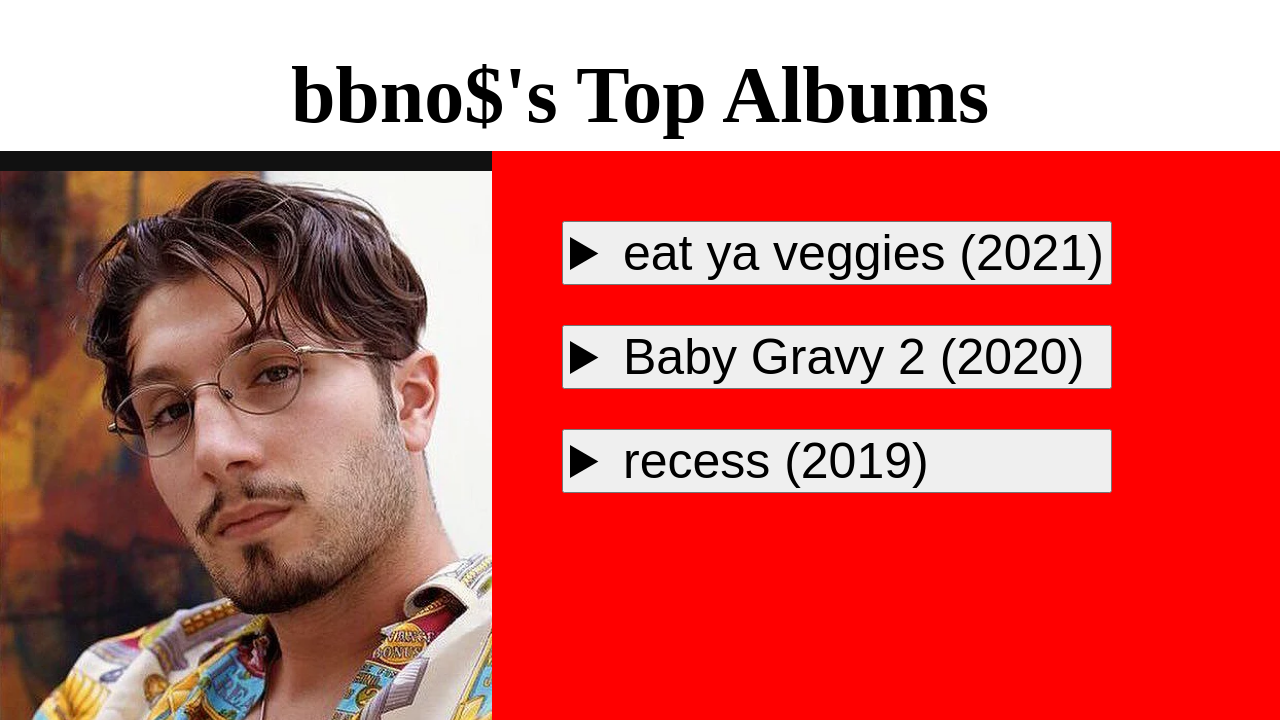
Repository: Jennica1/Lab1
Page: /
An editor plug-in stored every save of this project. The page is shown before and after the next save, followed by the edit.
The browser window is 1280 px wide. The pictures show the whole page.
The project was rebuilt for these pictures with package versions that can differ from the ones it lists, and the page was loaded fresh each time. Also part of the build but not shown: vite.config.js.

Above is the page before, as saved 2024-09-09 18:43:00.

### index.html
<!doctype html>
<html lang="en">
  <head>
    <meta charset="UTF-8" />
    <link rel="icon" type="image/svg+xml" href="/vite.svg" />
    <meta name="viewport" content="width=device-width, initial-scale=1.0" />
    <title>Top bbno$ Albums</title>
  </head>
  <body>
    <div id="root"></div>
    <script type="module" src="/src/main.jsx"></script>
  </body>
</html>

### src/App.jsx
import { useState } from 'react'
import reactLogo from './assets/react.svg'
import viteLogo from '/vite.svg'

import './App.css'

function App() {

  return (
    <>

      <body className='main'>
      <header className='header'>
        <h1 className='title'>bbno$'s Top Albums</h1>
      </header>
        <div className='split left'>
          <img src="/images/bbno$_profile.webp" alt='bbno$' />
        </div>
        <div className='split right'>

          <div className='albums'>
            <button>
          <details>
            <summary>eat ya veggies (2021)</summary>
            <p>edamame (ft. Rich Brian)</p>
            <p>big boss baby</p>
            <p>2 time zones</p>
          </details>
          </button>
<button>
          <details>
            <summary>Baby Gravy 2 (2020)</summary>
            <p>Welcome to Chillis</p>
            <p>Cadbury Creme</p>
            <p>Shining on my ex</p>
          </details>
</button>
<button>
          <details>
            <summary>recess (2019)</summary>
            <p>nursery</p>
            <p>bunk</p>
            <p>chess</p>
          </details>
          </button>
          </div>
        </div>
      </body>


    </>
  )
}

export default App

### src/index.css
summary {
    font-size: 50px;
    text-align: left;
}

button {
    margin: 20px;
}

summary:p {
    font-size: 20px;
}

### src/App.css
#root {
  max-width: 1280px;
  margin: 0 auto;
  padding: 2rem;
}

.header {
  font-size: 40px;

}

.title {
  margin: 10px;
  display: flex;
  justify-content: center;
}

.albums {
 margin: 30px;
 display: flex;
 flex-direction: column;
}

.split {
position: fixed;
height: 100%;
width: 50%;
overflow-x: hidden;
padding-top: 20px;
display: flex;
}

.left {
  left: 0;
  background-color: #111;
}

.right {
  padding-left: 20px;
  width: 60%;
  right: 0;
  background-color: red;
}

Loaded but not shown: src/main.jsx (common file)

After the next save:
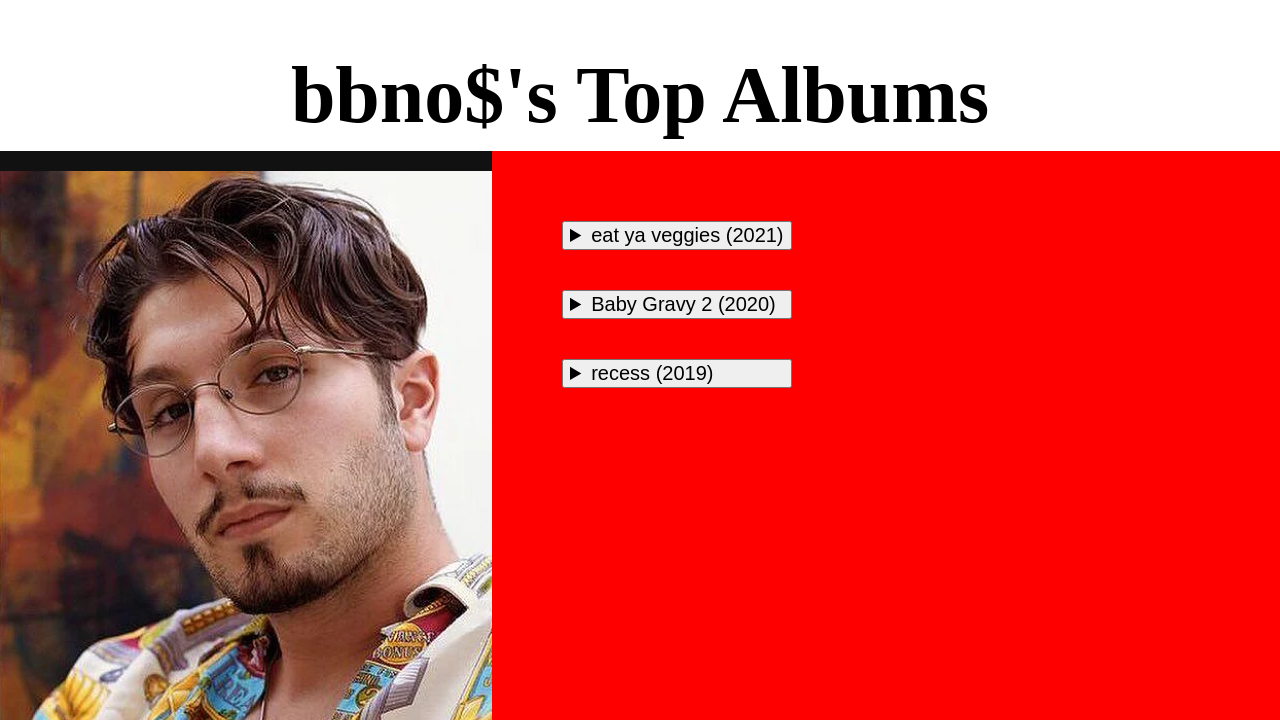
Saved 6 s later.
--- a/src/index.css
+++ b/src/index.css
@@ -7,6 +7,6 @@
     margin: 20px;
 }
 
-summary:p {
+summary, p {
     font-size: 20px;
 }

After the save that followed:
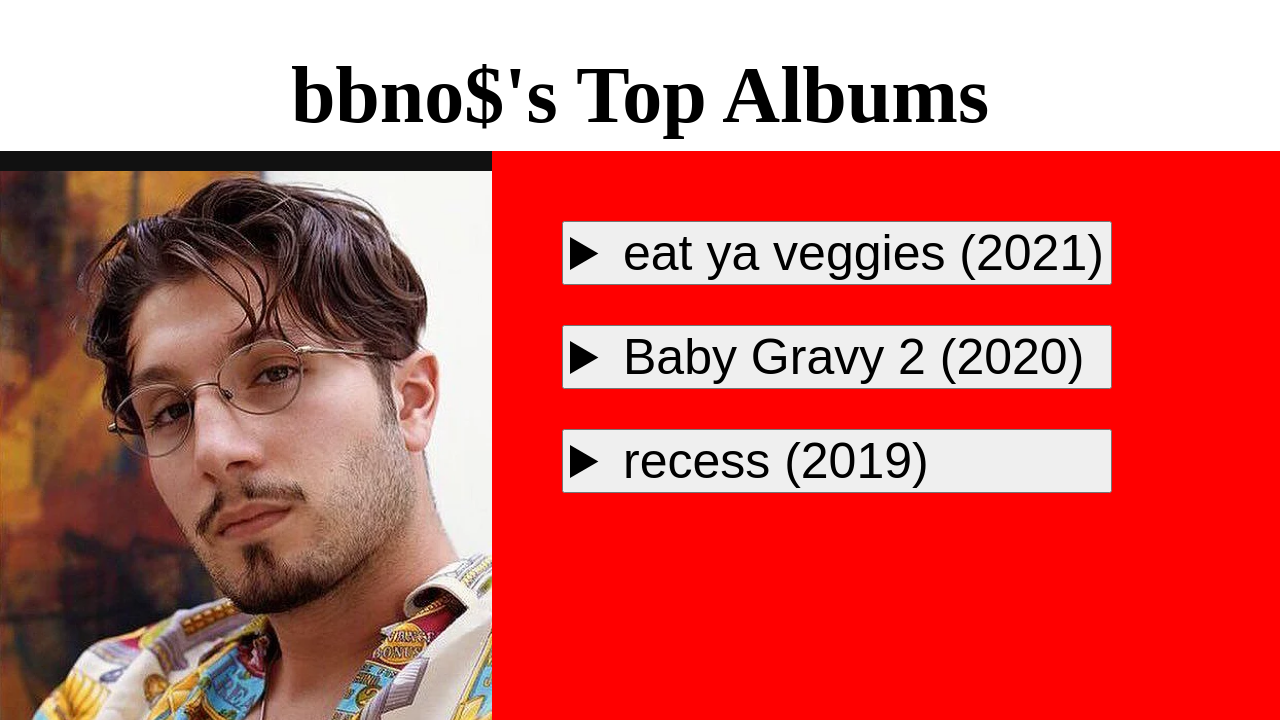
Saved 7 s later.
--- a/src/index.css
+++ b/src/index.css
@@ -7,6 +7,6 @@
     margin: 20px;
 }
 
-summary, p {
+p {
     font-size: 20px;
 }
